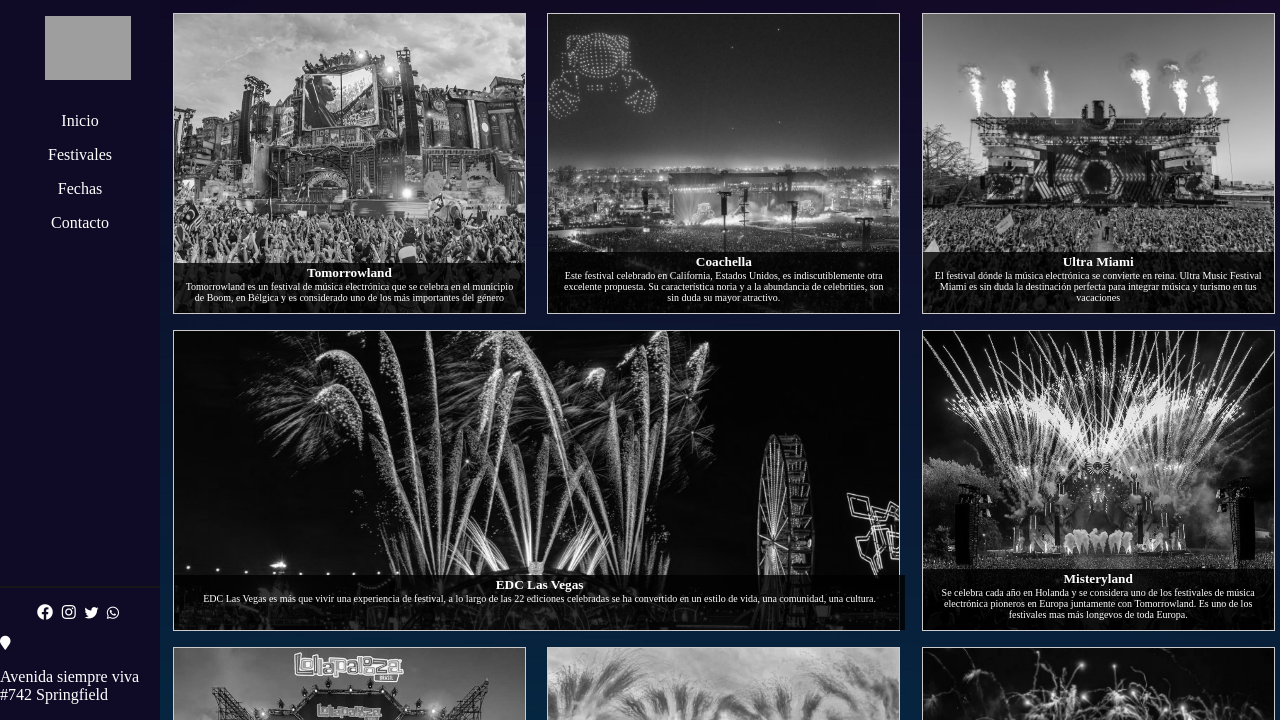
Repository: cvalenciapatagonia/Desafio_04_CSS_Avanzado-Animaciones_CSS
Page: index.html
An editor plug-in stored every save of this project. The page is shown before and after the next save, followed by the edit.
The browser window is 1280 px wide. The pictures show the whole page.
Pictures or frames that could not be fetched are drawn as grey boxes. An inner scrolling area shows only its first screen. Some web fonts or font styles are not loaded; a fallback is used. Some web libraries are served in a nearby version.

Above is the page before, as saved 2023-05-24 03:12:44.

### index.html
<!DOCTYPE html>
<html lang="en">
  <head>
    <link rel="stylesheet" href="./assets/css/style.css" />
    <link rel="preconnect" href="https://fonts.googleapis.com" />
    <link rel="preconnect" href="https://fonts.gstatic.com" crossorigin />
    <link
      href="https://fonts.googleapis.com/css2?family=Brygada+1918:ital@1&display=swap"
      rel="stylesheet"
    />
    <link
      rel="stylesheet"
      href="https://cdnjs.cloudflare.com/ajax/libs/font-awesome/5.9.0/css/all.min.css"
      integrity="sha512-q3eWabyZPc1XTCmF+8/LuE1ozpg5xxn7iO89yfSOd5/oKvyqLngoNGsx8jq92Y8eXJ/IRxQbEC+FGSYxtk2oiw=="
      crossorigin="anonymous"
      referrerpolicy="no-referrer"
    />
    <meta charset="UTF-8" />
    <meta http-equiv="X-UA-Compatible" content="IE=edge" />
    <meta name="viewport" content="width=device-width, initial-scale=1.0" />
    <title>Info fest</title>
  </head>

  <body>
    <div class="grid-container">
      <!----------------- MENU DE NAVEGACION ----------------------->
      <nav class="nav-bar">
        <img class="logo" src="./assets/img/Logo.svg" alt="" />
        <i class="toggler fas fa-bars fa-lg"></i>
        <ul class>
          <li>Inicio</li>
          <li>Festivales</li>
          <li>Fechas</li>
          <li>Contacto</li>
        </ul>
      </nav>

      <!------------------ SECCION PRINCIPAL ----------------------->
      <main>
        <div class="main-container">
          <div class="card">
            <img class="product-img" src="./assets/img/1.jpg" alt="" />
            <div class="description-container">
              <h5 class="card-title">Tomorrowland</h5>
              <p class="txt">
                Tomorrowland es un festival de música electrónica que se celebra
                en el municipio de Boom, en Bélgica y es considerado uno de los
                más importantes del género
              </p>
            </div>
          </div>

          <div class="card">
            <img class="product-img" src="./assets/img/2.jpg" alt="" />
            <div class="description-container">
              <h5 class="card-title">Coachella</h5>
              <p class="txt">
                Este festival celebrado en California, Estados Unidos, es
                indiscutiblemente otra excelente propuesta. Su característica
                noria y a la abundancia de celebrities, son sin duda su mayor
                atractivo.
              </p>
            </div>
          </div>

          <div class="card">
            <img class="product-img" src="./assets/img/3.jpg" alt="" />
            <div class="description-container">
              <h5 class="card-title">Ultra Miami</h5>
              <p class="txt">
                El festival dónde la música electrónica se convierte en reina.
                Ultra Music Festival Miami es sin duda la destinación perfecta
                para integrar música y turismo en tus vacaciones
              </p>
            </div>
          </div>

          <div class="card">
            <img class="product-img" src="./assets/img/4.jpg" alt="" />
            <div class="img4 description-container">
              <h5 class="card-title">EDC Las Vegas</h5>
              <p class="txt">
                EDC Las Vegas es más que vivir una experiencia de festival, a lo
                largo de las 22 ediciones celebradas se ha convertido en un
                estilo de vida, una comunidad, una cultura.
              </p>
            </div>
          </div>

          <div class="card">
            <img class="product-img" src="./assets/img/5.jpeg" alt="" />
            <div class="description-container">
              <h5 class="card-title">Misteryland</h5>
              <p class="txt">
                Se celebra cada año en Holanda y se considera uno de los
                festivales de música electrónica pioneros en Europa juntamente
                con Tomorrowland. Es uno de los festivales mas más longevos de
                toda Europa.
              </p>
            </div>
          </div>

          <div class="card">
            <img class="product-img" src="./assets/img/6.jpeg" alt="" />
            <div class="description-container">
              <h5 class="card-title">Lollapalooza</h5>
              <p class="txt">
                Uno de los festivales de música más importantes de Estados
                Unidos. Lollapallooza representa la esencia de la cultura joven
                de los años 90 y acoge el rock, la electrónica y la música indie
                como principales estilos.
              </p>
            </div>
          </div>

          <div class="card">
            <img class="product-img" src="./assets/img/7.jpg" alt="" />
            <div class="description-container">
              <h5 class="card-title">Defqon 1</h5>
              <p class="txt">
                El festival que reúne anualmente a los artistas de hardstyle más
                importantes a nivel mundial, aunque también destacan en él
                géneros como la música electrónica, el hard dance, el hardcore o
                el trance, entre otros
              </p>
            </div>
          </div>

          <div class="card">
            <img class="product-img" src="./assets/img/8.jpg" alt="" />
            <div class="description-container">
              <h5 class="card-title">Creamfields</h5>
              <p class="txt">
                Es el festival más importante de música dance y electrónica del
                Reino Unido. Se celebra en la ciudad de Liverpool y se
                caracteriza por su enorme pista de baile, su propuesta
                artística, y sus efectos visuales, de luces y pirotecnia.
              </p>
            </div>
          </div>
        </div>
      </main>

      <!----------------- PIE DE PAGINA ----------------------->

      <footer>
        <div class="icon-footer">
          <i class="iconf fab fa-facebook fa-m"></i>
          <i class="iconf fab fa-instagram fa-m"></i>
          <i class="iconf fab fa-twitter fa-sm"></i>
          <i class="iconf fab fa-whatsapp fa-sm"></i>
        </div>
        <div class="contact-footer">
          <i class="location fas fa-map-marker fa-sm"></i>
          <p class="text-footer">Avenida siempre viva #742 Springfield</p>
        </div>
      </footer>
    </div>
  </body>
</html>

### assets/css/style.css
body {
  margin: 0;
  padding: 0;
  font-family: "Brygada 1918", serif;
  height: 100vh;
}

/*?----------------------- MOBILE-VERSION ------------------------ */
/* -------------------- MENU DE NAVEGACION -----------------------*/
nav {
  grid-area: navbar;
  background-color: #0f0b26;
  background-position: center;
  display: flex;
  justify-content: space-between;
  align-items: center;
  border-bottom: solid rgb(24, 22, 22) 0.1px;
}

.logo {
  height: 3.5em;
  padding-left: 1em;
  transition: transform 0.5s ease;
  animation: color-change 0.5s infinite;
}

.logo:hover {
  animation: zoom-animation 0.5s infinite;
}

@keyframes zoom-animation {
  0% {
    transform: scale(1);
    filter: hue-rotate(0deg);
  }
  50% {
    transform: scale(1.2);
    filter: hue-rotate(180deg);
  }
  100% {
    transform: scale(1);
    filter: hue-rotate(360deg);
  }
}

.toggler {
  margin-bottom: 0.8em;
}

/* ---------------------SECCION PRINCIPAL------------------------*/
main {
  grid-area: main;
  text-align: center;
  background-image: url(../img/wall-main.jpg);
  overflow-y: auto;
}

.grid-container {
  height: 100vh;
  display: grid;
  grid-template-areas:
    "navbar"
    "main"
    "footer";
  grid-template-rows: 1fr 11fr 1fr;
}

.main-container {
  display: grid;
  grid-template-columns: repeat(1, auto);
  grid-template-rows: auto auto auto auto;
  row-gap: 0.8em;
  padding-top: 0.8em;
  padding-bottom: 0.8em;
}

.card {
  height: 20em;
  width: 100%;
  position: relative;
}

.product-img {
  height: 100%;
  width: 100%;
  object-fit: cover;
  filter: grayscale(100%);
  transition: filter 1s;
}

.product-img:hover {
  object-fit: cover;
  filter: grayscale(1%);
  cursor: pointer;
}

.card-title {
  margin-bottom: 0.3em;
  margin-top: 0.6em;
  display: inline;
}

.txt {
  font-size: x-small;
  margin-bottom: 0;
  margin-top: 0;
}

.description-container {
  position: absolute;
  bottom: 0;
  left: 0;
  z-index: 2;
  background-color: rgba(0, 0, 0, 0.8);
  color: white;
  padding: 0 10px 10px 10px;
}

/* ---------------------------FOOTER-----------------------------*/
footer {
  grid-area: footer;
  background-color: #0f0b26;
  background-position: center;
  display: flex;
  justify-content: center;
  align-items: center;
  flex-direction: column;
  border-top: solid rgb(24, 22, 22) 0.1px;
}

i {
  padding-top: 1em;
  color: white;
  margin-right: 1em;
  padding-bottom: em;
}

.footer-txt {
  color: white;
  margin: 0;
  font-size: 0.8em;
  padding-bottom: 1em;
}

.more,
.iconf,
.toggler,
li:hover {
  cursor: pointer;
}

ul {
  display: none;
}

/*?----------------------- TABLET-VERSION ------------------------ */

@media (min-width: 768px) {
  /* -------------------- MENU DE NAVEGACION -----------------------*/
  nav {
    grid-area: navbar;
    display: flex;
    justify-content: space-around;
    align-items: center;
  }

  ul {
    display: flex;
    color: white;
    list-style-type: none;
    align-items: center;
    padding-left: 10em;
  }

  li {
    display: flex;
    padding-left: 2em;
  }

  /* ---------------------SECCION PRINCIPAL------------------------*/

  .main-container {
    display: grid;
    grid-template-columns: repeat(2, auto);
    row-gap: 1em;
    column-gap: 0.5em;
    grid-auto-rows: 1fr;
  }

  /* ---------------------------FOOTER-----------------------------*/

  nav .toggler {
    display: none;
  }
}

/*?----------------------- DESKTOP-VERSION ------------------------ */
@media (min-width: 992px) {
  /* -------------------- MENU DE NAVEGACION -----------------------*/
  nav {
    display: flex;
    grid-area: navbar;
    background-color: #0f0b26;
    justify-content: start;
    align-items: center;
    flex-direction: column;
  }

  .logo {
    height: 4em;
    margin-top: 1em;
  }

  ul {
    display: flex;
    align-items: center;
    justify-content: center;
    flex-direction: column;
    color: white;
    list-style-type: none;
    margin-top: 2em;
    margin-left: 0;
    padding: 0;
  }

  li {
    margin: 0 2em 1em 0;
  }

  /* ---------------------SECCION PRINCIPAL------------------------*/
  main {
    display: flex;
    grid-area: main;
    background-color: whitesmoke;
    text-align: center;
    align-items: start;
    justify-content: center;
    background-color: black;
  }

  .grid-container {
    height: 100vh;
    display: grid;
    grid-template-areas:
      "navbar main main"
      "navbar main main"
      "navbar main main"
      "footer main main";
    grid-template-rows: 1fr 7fr 1fr;
    grid-template-columns: 1fr 6fr 1fr;
  }

  .main-container {
    display: grid;
    grid-template-columns: repeat(3, 1fr);
    grid-template-rows: repeat(2, 1fr);
    gap: 1em;
    padding-left: 0.8em;
  }

  .card:nth-child(4) {
    grid-column-start: span 2;
    width: 99%;
  }

  .card {
    height: 18.7em;
    width: 98%;
    background-color: white;
    border: solid #cccaca 1px;
  }

  .product-img {
    height: 100%;
    object-fit: cover;
  }

  .card-title {
    margin: 0.3em 0 0.6em;
  }

  .img4 {
    width: 98.1%;
    height: 15%;
  }

  /* ---------------------------FOOTER-----------------------------*/
  footer {
    grid-area: footer;
    background-color: #0f0b26;
    display: flex;
    justify-content: center;
    align-items: center;
    flex-direction: column;
    color: white;
  }

  .iconf {
    margin-right: 0.3em;
  }
}

After the next save:
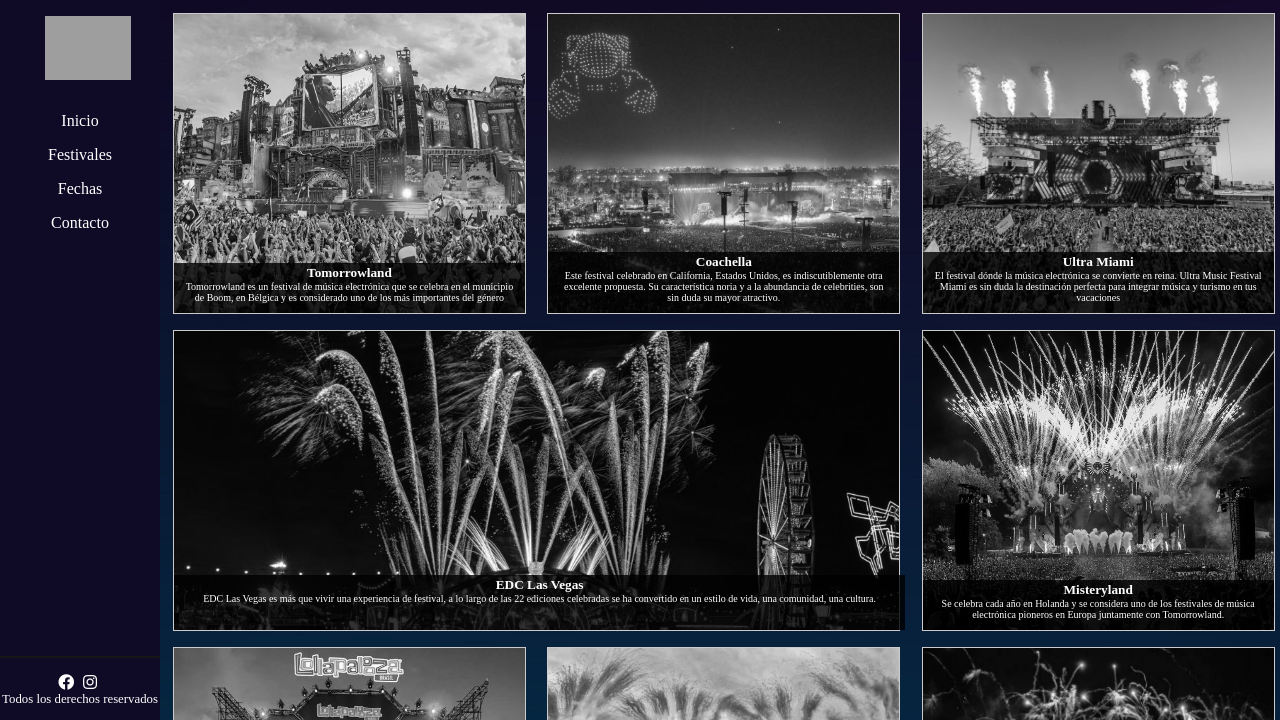
Saved 7 s later.
--- a/index.html
+++ b/index.html
@@ -18,7 +18,7 @@
     <meta charset="UTF-8" />
     <meta http-equiv="X-UA-Compatible" content="IE=edge" />
     <meta name="viewport" content="width=device-width, initial-scale=1.0" />
-    <title>Info fest</title>
+    <title>Guitar Freaks</title>
   </head>
 
   <body>
@@ -94,8 +94,7 @@
               <p class="txt">
                 Se celebra cada año en Holanda y se considera uno de los
                 festivales de música electrónica pioneros en Europa juntamente
-                con Tomorrowland. Es uno de los festivales mas más longevos de
-                toda Europa.
+                con Tomorrowland.
               </p>
             </div>
           </div>
@@ -106,9 +105,10 @@
               <h5 class="card-title">Lollapalooza</h5>
               <p class="txt">
                 Uno de los festivales de música más importantes de Estados
-                Unidos. Lollapallooza representa la esencia de la cultura joven
-                de los años 90 y acoge el rock, la electrónica y la música indie
-                como principales estilos.
+                Unidos, celebrado anualmente en Chicago. Lollapallooza
+                representa la esencia de la cultura joven de los años 90 y acoge
+                el rock, la electrónica y la música indie como principales
+                estilos.
               </p>
             </div>
           </div>
@@ -131,10 +131,11 @@
             <div class="description-container">
               <h5 class="card-title">Creamfields</h5>
               <p class="txt">
-                Es el festival más importante de música dance y electrónica del
-                Reino Unido. Se celebra en la ciudad de Liverpool y se
-                caracteriza por su enorme pista de baile, su propuesta
-                artística, y sus efectos visuales, de luces y pirotecnia.
+                Se trata del festival más importante de música dance y
+                electrónica del Reino Unido. Se celebra en la ciudad de
+                Liverpool y se caracteriza por su enorme pista de baile, su
+                propuesta artística, y sus efectos visuales, de luces y
+                pirotecnia.
               </p>
             </div>
           </div>
@@ -144,16 +145,11 @@
       <!----------------- PIE DE PAGINA ----------------------->
 
       <footer>
-        <div class="icon-footer">
+        <div icon-footer>
           <i class="iconf fab fa-facebook fa-m"></i>
           <i class="iconf fab fa-instagram fa-m"></i>
-          <i class="iconf fab fa-twitter fa-sm"></i>
-          <i class="iconf fab fa-whatsapp fa-sm"></i>
         </div>
-        <div class="contact-footer">
-          <i class="location fas fa-map-marker fa-sm"></i>
-          <p class="text-footer">Avenida siempre viva #742 Springfield</p>
-        </div>
+        <p class="footer-txt">Todos los derechos reservados</p>
       </footer>
     </div>
   </body>

After the save that followed:
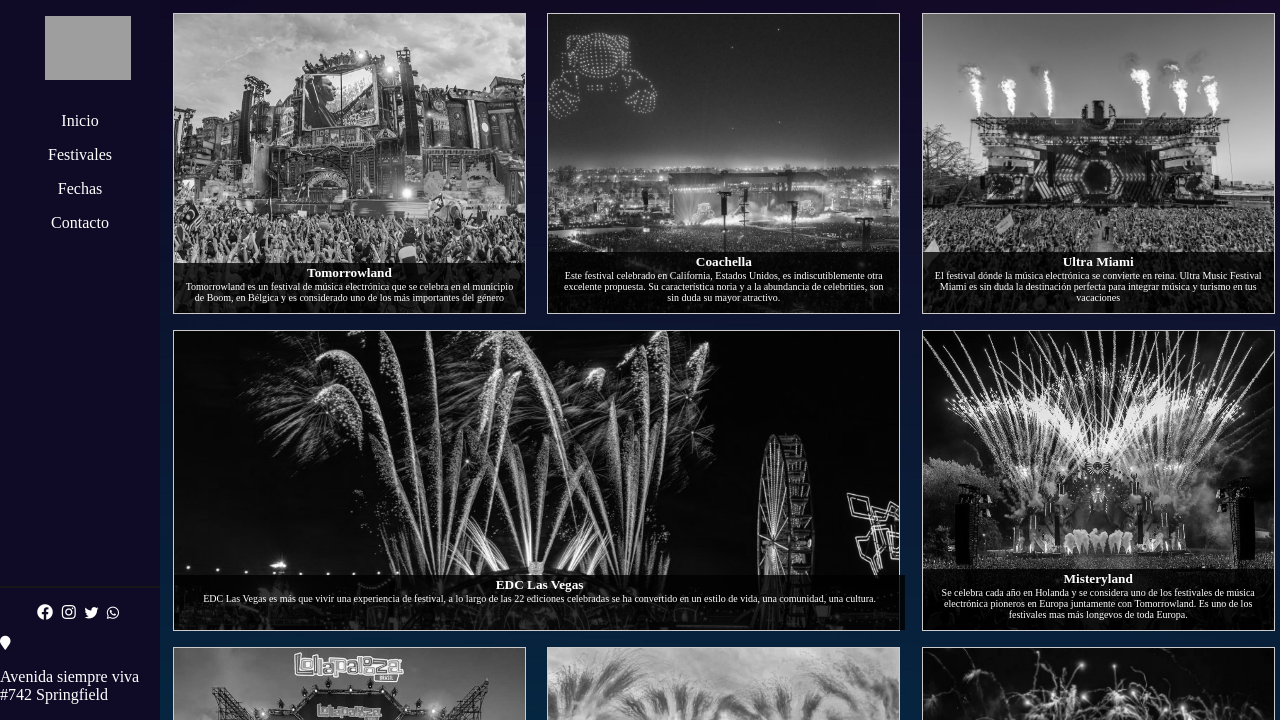
Saved 35 s later.
--- a/index.html
+++ b/index.html
@@ -18,7 +18,7 @@
     <meta charset="UTF-8" />
     <meta http-equiv="X-UA-Compatible" content="IE=edge" />
     <meta name="viewport" content="width=device-width, initial-scale=1.0" />
-    <title>Guitar Freaks</title>
+    <title>Info fest</title>
   </head>
 
   <body>
@@ -94,7 +94,8 @@
               <p class="txt">
                 Se celebra cada año en Holanda y se considera uno de los
                 festivales de música electrónica pioneros en Europa juntamente
-                con Tomorrowland.
+                con Tomorrowland. Es uno de los festivales mas más longevos de
+                toda Europa.
               </p>
             </div>
           </div>
@@ -105,10 +106,9 @@
               <h5 class="card-title">Lollapalooza</h5>
               <p class="txt">
                 Uno de los festivales de música más importantes de Estados
-                Unidos, celebrado anualmente en Chicago. Lollapallooza
-                representa la esencia de la cultura joven de los años 90 y acoge
-                el rock, la electrónica y la música indie como principales
-                estilos.
+                Unidos. Lollapallooza representa la esencia de la cultura joven
+                de los años 90 y acoge el rock, la electrónica y la música indie
+                como principales estilos.
               </p>
             </div>
           </div>
@@ -131,11 +131,10 @@
             <div class="description-container">
               <h5 class="card-title">Creamfields</h5>
               <p class="txt">
-                Se trata del festival más importante de música dance y
-                electrónica del Reino Unido. Se celebra en la ciudad de
-                Liverpool y se caracteriza por su enorme pista de baile, su
-                propuesta artística, y sus efectos visuales, de luces y
-                pirotecnia.
+                Es el festival más importante de música dance y electrónica del
+                Reino Unido. Se celebra en la ciudad de Liverpool y se
+                caracteriza por su enorme pista de baile, su propuesta
+                artística, y sus efectos visuales, de luces y pirotecnia.
               </p>
             </div>
           </div>
@@ -145,11 +144,16 @@
       <!----------------- PIE DE PAGINA ----------------------->
 
       <footer>
-        <div icon-footer>
+        <div class="icon-footer">
           <i class="iconf fab fa-facebook fa-m"></i>
           <i class="iconf fab fa-instagram fa-m"></i>
+          <i class="iconf fab fa-twitter fa-sm"></i>
+          <i class="iconf fab fa-whatsapp fa-sm"></i>
         </div>
-        <p class="footer-txt">Todos los derechos reservados</p>
+        <div class="contact-footer">
+          <i class="location fas fa-map-marker fa-sm"></i>
+          <p class="text-footer">Avenida siempre viva #742 Springfield</p>
+        </div>
       </footer>
     </div>
   </body>
